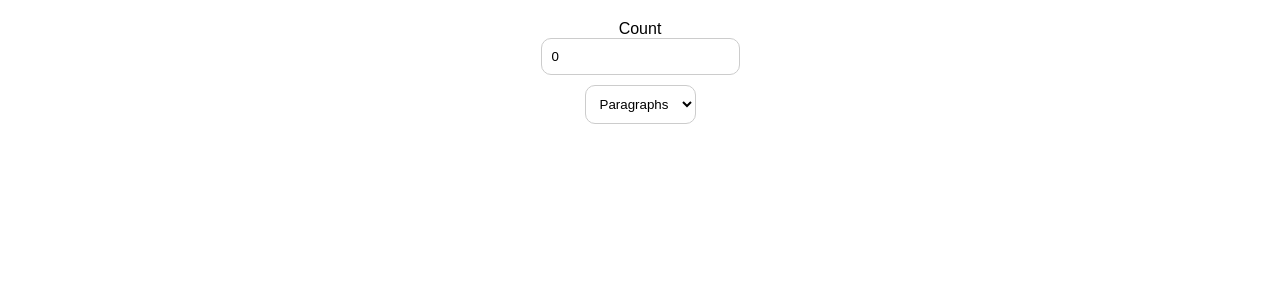
Repository: sriram1224/lorem-generator
Page: /
The author's editor kept a copy of each file at every save. The page is drawn from the files as they stood at one save, then again after the next save.
The browser window is 1280 px wide. The pictures show the whole page.
The project was rebuilt for these pictures with package versions that can differ from the ones it lists, and the page was loaded fresh each time.

Above is the page before, as saved 2024-03-11 21:36:48.

After the next save:
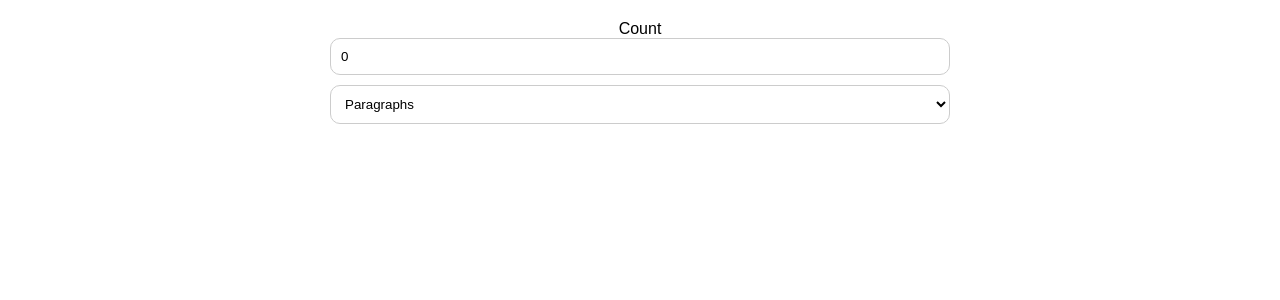
Saved 6 s later.
--- a/src/Components/lorem.css
+++ b/src/Components/lorem.css
@@ -21,7 +21,7 @@ body {
 /* Input and select styling */
 input[type="number"],
 select {
-   width: 50;
+   width: 50%;
     margin-bottom: 10px;
     padding: 10px;
     border: 1px solid #ccc;
